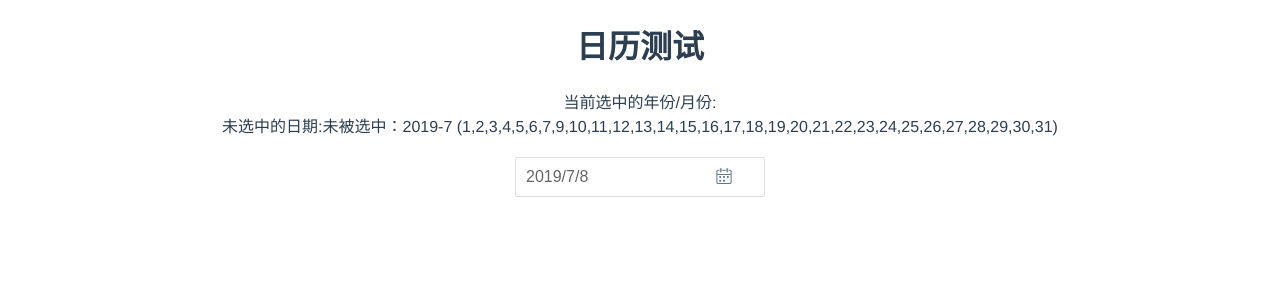
Repository: nyy-2017/vue-calendar
Page: /
An editor plug-in stored every save of this project. The page is shown before and after the next save, followed by the edit.
The browser window is 1280 px wide. The pictures show the whole page.
The project was rebuilt for these pictures with package versions that can differ from the ones it lists, and the page was loaded fresh each time. Also part of the build but not shown: src/components/calendar/calendar.js, src/components/calendar/calendar.vue.

Above is the page before, as saved 2019-07-09 13:49:25.

### index.html
<!DOCTYPE html>
<html>
  <head>
    <meta charset="utf-8">
    <meta name="viewport" content="width=device-width,initial-scale=1.0">
    <title>test1</title>
  </head>
  <body>
    <div id="app"></div>
    <!-- built files will be auto injected -->
  </body>
</html>

### src/components/HelloWorld.vue
<template>
  <div class="hello">
     <h1>日历测试</h1>
     <div>当前选中的年份/月份:</div>
     <div>未选中的日期:{{unSelectDays}}</div>
      <input type="text" @click="openMultiByDrop($event)" v-model="calendar5.display" >
      <transition name="fade">
        <div class="calendar-dropdown" :style="{'left':calendar5.left+'px','top':calendar5.top+'px'}" v-if="calendar5.show">
            <calendar
                :zero="calendar5.zero"
                :disabled="calendar5.disabled"
                :lunar="calendar5.lunar"
                :value="calendar5.value"
                :multi="calendar5.multi"
                @currentYearMon="calendar5.currentYearMon"
                @select="calendar5.select"></calendar>
        </div>
      </transition>
  </div>
</template>

<script>
import calendar from '@/components/calendar/calendar.vue'

export default {
    name: 'app',
    components: {
        calendar
    },
    data(){
        return {
            unSelectDays: '',
            // 多选
            calendar5:{
                display:"2019/7/8,2019/7/9",
                multi:true,
                show:false,
                zero:true,
                value:[[2019,7,8],[2019,7,9]], //默认日期
                disabled:[[2017,12,24],[2017,12,25]], //默认日期
                lunar:true, //显示农历
                select:(value)=>{

                    let displayValue=[]
                    value.forEach(v=>{
                        displayValue.push(v[0]+"/"+(v[1])+"/"+v[2])
                    })
                    console.log(displayValue);
                    this.calendar5.display=displayValue.join(",");
                    // this.calendar5.show=false;
                    this.calendar5.value=value;

                },
                currentYearMon:(year,mon)=> {

                    let currSelectDays = this.calendar5.value.filter(v => {
                        return year===v[0]&&mon===v[1]
                    })
                    this.chooseReverse(year, mon, currSelectDays)

                }
            },
        }
    },
    methods:{
        openMultiByDrop(e){
            this.calendar5.show=true;
            this.calendar5.left=e.target.offsetLeft;
            this.calendar5.top=e.target.offsetTop+50;
            e.stopPropagation();
            window.setTimeout(()=>{
                document.addEventListener("click",(e)=>{
                    this.calendar5.show=false;
                    document.removeEventListener("click",()=>{},false);
                },false);
            },1000)
        },
        //当月反选
        chooseReverse(year, mon, currSelectDays){
            // 获取当前月天数
            let daysCount = new Date(year, mon, 0).getDate()
            var fullMonth = [];
            for(var i= 1; i <= daysCount; i++) {
                let _date = [year, mon, i]
                fullMonth.push(_date)
            }

            // 从当前月去掉当前选中状态的日期
            let reverse = []
            let _fullMonth = []

            fullMonth.map(v =>  _fullMonth.push(v[2]))
            currSelectDays.map(v => {
                _fullMonth.map(full => {
                    if (v[2] === full) {
                       let index = _fullMonth.indexOf(v[2])
                       _fullMonth.splice(index, 1)
                    }
                })
            })
            _fullMonth.map(v => reverse.push([year, mon, v]) )
            if (reverse.length == 0){
                this.unSelectDays= '当月全部都被选中'
            } else {
                let unSelect = [];
                reverse.map(v => unSelect.push(v[2]))

                this.unSelectDays = '未被选中：' + reverse[0][0] + '-' + reverse[0][1]+' (' + unSelect.join(',') + ')'
                console.log(' this.unSelectDays', this.unSelectDays)
            }

        }

    },
    created() {
        let year = new Date().getFullYear()
        let mon = new Date().getMonth() + 1
        let day = new Date().getDate()
        this.calendar5.value = [[year, mon, day]]
        this.calendar5.display = + year + '/' + mon + '/' + day
        this.calendar5.currentYearMon(year, mon, this.calendar5.value)
    }

}
</script>

<style>
input{
    box-sizing: border-box;
    width:100%;
    width: 250px;
    margin-top:20px;
    border-radius: 2px;
    border:1px solid #dedede;
    padding:10px;
    font-size: 16px;
    background:url(data:[embedded picture, 3866 characters]) no-repeat 200px 10px;
    /* padding-left: 36px; */
    color:#666;
}

/*transition*/
.fade-enter-active,
.fade-leave-active {
    transition: all .5s ease-in-out;
}
.fade-enter,.fade-leave-active{
    opacity: 0;
    transform: translateY(-10px);

}

/*下拉框*/
.calendar-dropdown{
    background: #fff;
    position: absolute;
    left:0;
    top:0;
    padding:20px;
    border: 1px solid #eee;
    border-radius: 2px;
}
.calendar-dropdown:before {
    position: absolute;
    left:30px;
    top: -10px;
    content: "";
    border:5px solid rgba(0, 0, 0, 0);
    border-bottom-color: #DEDEDE;
}
.calendar-dropdown:after {
    position: absolute;
    left:30px;
    top: -9px;
    content: "";
    border:5px solid rgba(0, 0, 0, 0);
    border-bottom-color: #fff;
}

/*弹出框*/
.calendar-dialog{
    position: absolute;
    left:0;
    top:0;
    right:0;
    bottom:0;
}

.calendar-dialog-mask{
    background:rgba(255,255,255,.5);
    width:100%;
    height:100%;
}

.calendar-dialog-body{
    background: #fff;
    position: absolute;
    left:50%;
    top:50%;
    transform: translate(-50%,-50%);
    padding:20px;
    border: 1px solid #eee;
    border-radius: 2px;
}
</style>

Loaded but not shown: src/main.js (common file); src/App.vue (common file); src/router/index.js (common file)

After the next save:
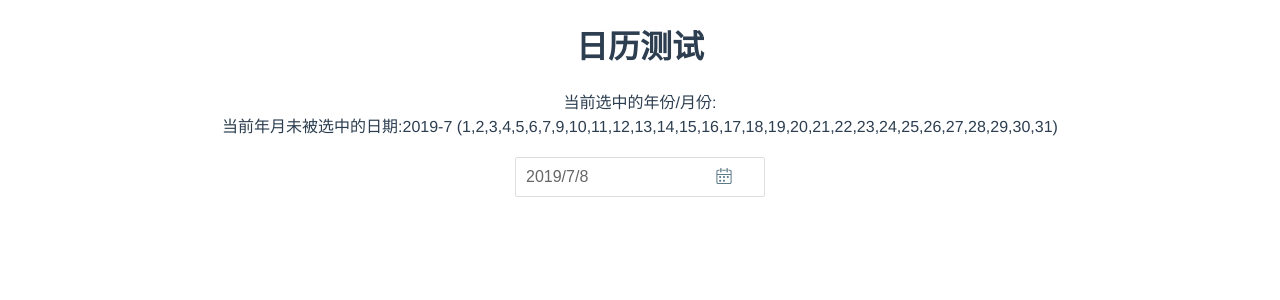
Saved 3 min 37 s later.
--- a/src/components/HelloWorld.vue
+++ b/src/components/HelloWorld.vue
@@ -1,8 +1,8 @@
 <template>
   <div class="hello">
      <h1>日历测试</h1>
-     <div>当前选中的年份/月份:</div>
-     <div>未选中的日期:{{unSelectDays}}</div>
+     <div>当前选中的年份/月份:{{curYearMonths}}</div>
+     <div>当前年月未被选中的日期:{{unSelectDays}}</div>
       <input type="text" @click="openMultiByDrop($event)" v-model="calendar5.display" >
       <transition name="fade">
         <div class="calendar-dropdown" :style="{'left':calendar5.left+'px','top':calendar5.top+'px'}" v-if="calendar5.show">
@@ -30,6 +30,7 @@ export default {
     data(){
         return {
             unSelectDays: '',
+            curYearMonths:'',
             // 多选
             calendar5:{
                 display:"2019/7/8,2019/7/9",
@@ -104,8 +105,10 @@ export default {
             } else {
                 let unSelect = [];
                 reverse.map(v => unSelect.push(v[2]))
-
-                this.unSelectDays = '未被选中：' + reverse[0][0] + '-' + reverse[0][1]+' (' + unSelect.join(',') + ')'
+                // 当前年月未被选中日期
+                this.unSelectDays = + reverse[0][0] + '-' + reverse[0][1]+' (' + unSelect.join(',') + ')';
+                //当前年月
+                curYearMonths = reverse[0][0] + '年' + reverse[0][1] + '月';
                 console.log(' this.unSelectDays', this.unSelectDays)
             }
 
